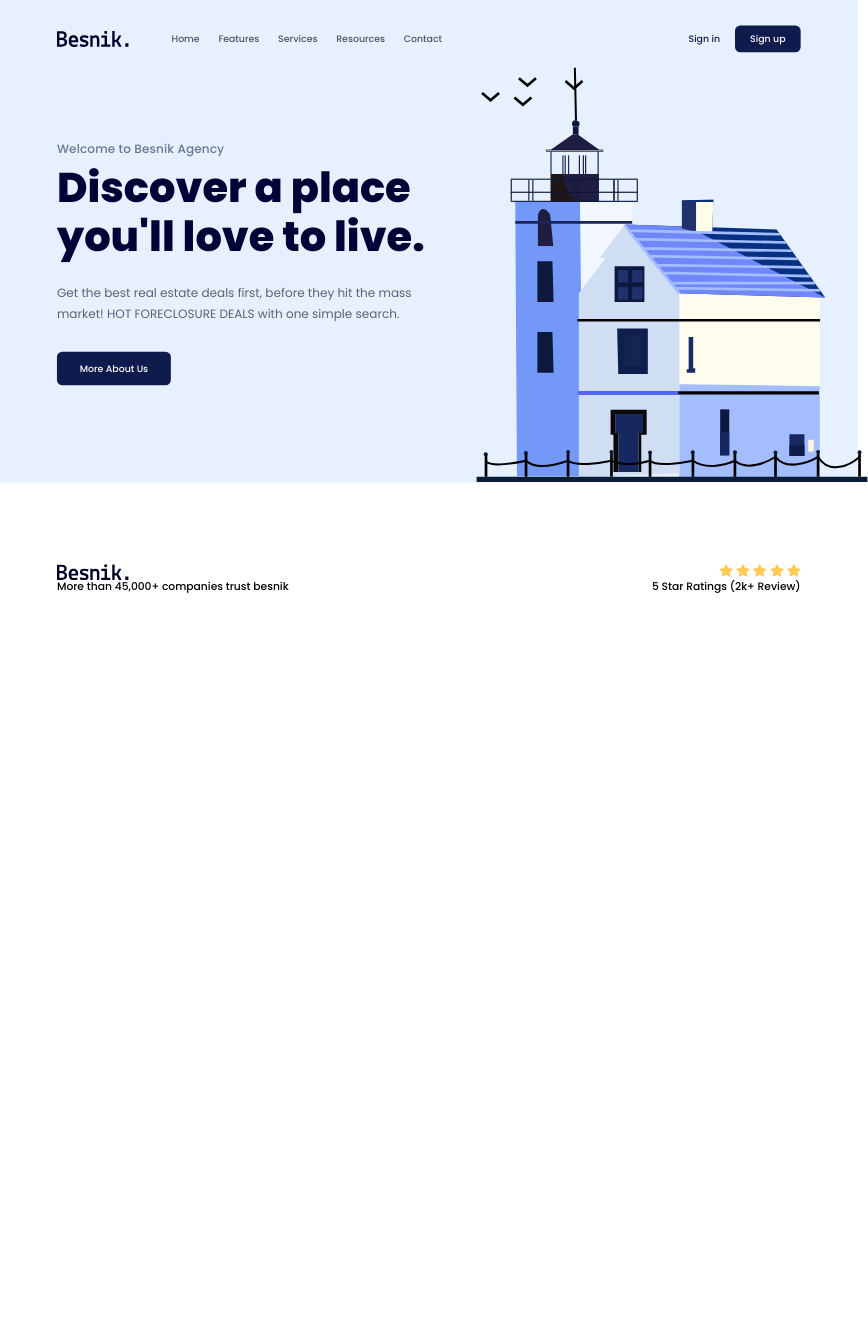
Repository: empty24062002/f8-htmlcss-01
Page: index.html
An editor plug-in stored every save of this project. The page is shown before and after the next save, followed by the edit.
The browser window is 1280 px wide. The page is 1295 px wide, so the pictures cover 1295 px, including what lies to the right of the window. The pictures show the whole page, at 67% of full size.

Above is the page before, as saved 2023-07-11 19:51:30.

### index.html
<!DOCTYPE html>
<html lang="en">
    <head>
        <meta charset="UTF-8" />
        <meta name="viewport" content="width=device-width, initial-scale=1.0" />
        <title>F8 PROJECT 01</title>
        <link rel="stylesheet" href="./assets/css/reset.css" />
        <link rel="stylesheet" href="./assets/fonts/stylesheet.css" />
        <link rel="stylesheet" href="./assets/css/styles.css" />
    </head>
    <body>
        <main style="height: 2000px">
            <!-- Header -->
            <header class="header">
                <div class="content">
                    <nav class="navbar">
                        <!-- Logo -->
                        <img src="./assets/img/Logo.svg" alt="Besnik." />
                        <!-- Navigation -->
                        <ul>
                            <li><a href="#!">Home</a></li>
                            <li><a href="#!">Features</a></li>
                            <li><a href="#!">Services</a></li>
                            <li><a href="#!">Resources</a></li>
                            <li><a href="#!">Contact</a></li>
                        </ul>
                        <!-- Action -->
                        <div class="actions">
                            <a href="#!" class="action-link">Sign in</a>
                            <a href="#!" class="btn action-btn">Sign up</a>
                        </div>
                    </nav>

                    <div class="hero">
                        <div class="info">
                            <p class="sub-title">Welcome to Besnik Agency</p>
                            <h1 class="title">
                                Discover a place you'll love to live.
                            </h1>
                            <p class="desc">
                                Get the best real estate deals first, before
                                they hit the mass market! HOT FORECLOSURE DEALS
                                with one simple search.
                            </p>
                            <!-- cta: call to action -->
                            <a href="#!" class="btn hero-cta">More About Us</a>
                        </div>

                        <img
                            src="./assets/img/hero-img.svg"
                            alt="Discover a place you'll love to live."
                            class="hero-img"
                        />
                    </div>
                </div>
            </header>

            <!-- Clients -->
            <div class="clients">
                <div class="content">
                    <div class="row">
                        <!-- Logo -->
                        <img src="./assets/img/Logo.svg" alt="Besnik" />

                        <!-- Stars -->
                        <div class="stars">
                            <img src="./assets/img/star.svg" alt="star" />
                            <img src="./assets/img/star.svg" alt="star" />
                            <img src="./assets/img/star.svg" alt="star" />
                            <img src="./assets/img/star.svg" alt="star" />
                            <img src="./assets/img/star.svg" alt="star" />
                        </div>
                    </div>

                    <div class="row">
                        <p class="desc">
                            More than 45,000+ companies trust besnik
                        </p>
                        <p class="desc">5 Star Ratings (2k+ Review)</p>
                    </div>
                </div>
            </div>
        </main>
    </body>
</html>

### assets/fonts/stylesheet.css
/* =======Poppins======= */
@font-face {
    font-family: "Poppins";
    src: url("Poppins/Poppins-Black.woff2") format("woff2"),
        url("Poppins/Poppins-Black.woff") format("woff");
    font-weight: 900;
    font-style: normal;
    font-display: swap;
}

@font-face {
    font-family: "Poppins";
    src: url("Poppins/Poppins-BlackItalic.woff2") format("woff2"),
        url("Poppins/Poppins-BlackItalic.woff") format("woff");
    font-weight: 900;
    font-style: italic;
    font-display: swap;
}

@font-face {
    font-family: "Poppins";
    src: url("Poppins/Poppins-Bold.woff2") format("woff2"),
        url("Poppins/Poppins-Bold.woff") format("woff");
    font-weight: bold;
    font-style: normal;
    font-display: swap;
}

@font-face {
    font-family: "Poppins";
    src: url("Poppins/Poppins-Light.woff2") format("woff2"),
        url("Poppins/Poppins-Light.woff") format("woff");
    font-weight: 300;
    font-style: normal;
    font-display: swap;
}

@font-face {
    font-family: "Poppins";
    src: url("Poppins/Poppins-ExtraLight.woff2") format("woff2"),
        url("Poppins/Poppins-ExtraLight.woff") format("woff");
    font-weight: 200;
    font-style: normal;
    font-display: swap;
}

@font-face {
    font-family: "Poppins";
    src: url("Poppins/Poppins-ExtraLightItalic.woff2") format("woff2"),
        url("Poppins/Poppins-ExtraLightItalic.woff") format("woff");
    font-weight: 200;
    font-style: italic;
    font-display: swap;
}

@font-face {
    font-family: "Poppins";
    src: url("Poppins/Poppins-ExtraBoldItalic.woff2") format("woff2"),
        url("Poppins/Poppins-ExtraBoldItalic.woff") format("woff");
    font-weight: bold;
    font-style: italic;
    font-display: swap;
}

@font-face {
    font-family: "Poppins";
    src: url("Poppins/Poppins-Italic.woff2") format("woff2"),
        url("Poppins/Poppins-Italic.woff") format("woff");
    font-weight: normal;
    font-style: italic;
    font-display: swap;
}

@font-face {
    font-family: "Poppins";
    src: url("Poppins/Poppins-BoldItalic.woff2") format("woff2"),
        url("Poppins/Poppins-BoldItalic.woff") format("woff");
    font-weight: bold;
    font-style: italic;
    font-display: swap;
}

@font-face {
    font-family: "Poppins";
    src: url("Poppins/Poppins-ExtraBold.woff2") format("woff2"),
        url("Poppins/Poppins-ExtraBold.woff") format("woff");
    font-weight: bold;
    font-style: normal;
    font-display: swap;
}

@font-face {
    font-family: "Poppins";
    src: url("Poppins/Poppins-Regular.woff2") format("woff2"),
        url("Poppins/Poppins-Regular.woff") format("woff");
    font-weight: normal;
    font-style: normal;
    font-display: swap;
}

@font-face {
    font-family: "Poppins";
    src: url("Poppins/Poppins-SemiBold.woff2") format("woff2"),
        url("Poppins/Poppins-SemiBold.woff") format("woff");
    font-weight: 600;
    font-style: normal;
    font-display: swap;
}

@font-face {
    font-family: "Poppins";
    src: url("Poppins/Poppins-ThinItalic.woff2") format("woff2"),
        url("Poppins/Poppins-ThinItalic.woff") format("woff");
    font-weight: 100;
    font-style: italic;
    font-display: swap;
}

@font-face {
    font-family: "Poppins";
    src: url("Poppins/Poppins-Medium.woff2") format("woff2"),
        url("Poppins/Poppins-Medium.woff") format("woff");
    font-weight: 500;
    font-style: normal;
    font-display: swap;
}

@font-face {
    font-family: "Poppins";
    src: url("Poppins/Poppins-Thin.woff2") format("woff2"),
        url("Poppins/Poppins-Thin.woff") format("woff");
    font-weight: 100;
    font-style: normal;
    font-display: swap;
}

@font-face {
    font-family: "Poppins";
    src: url("Poppins/Poppins-SemiBoldItalic.woff2") format("woff2"),
        url("Poppins/Poppins-SemiBoldItalic.woff") format("woff");
    font-weight: 600;
    font-style: italic;
    font-display: swap;
}

@font-face {
    font-family: "Poppins";
    src: url("Poppins/Poppins-MediumItalic.woff2") format("woff2"),
        url("Poppins/Poppins-MediumItalic.woff") format("woff");
    font-weight: 500;
    font-style: italic;
    font-display: swap;
}

@font-face {
    font-family: "Poppins";
    src: url("Poppins/Poppins-LightItalic.woff2") format("woff2"),
        url("Poppins/Poppins-LightItalic.woff") format("woff");
    font-weight: 300;
    font-style: italic;
    font-display: swap;
}

### assets/css/styles.css
* {
    box-sizing: border-box;
}

:root {
    --primary-color: #0f1b4c;
}

html {
    font-size: 62.5%;
}

body {
    font-size: 1.6rem;
    font-family: "Poppins", sans-serif;
}
/* Common */
a {
    text-decoration: none;
}

.content {
    width: 1110px;
    max-width: calc(100% - 48px);
    margin-left: auto;
    margin-right: auto;
}

.btn {
    display: inline-block;
    min-width: 98px;
    padding: 18px 16px;
    border-radius: 8px;
    background: var(--primary-color);
    font-size: 1.4rem;
    font-weight: 500;
    text-align: center;
    color: #fff;
}

.btn:hover {
    opacity: 0.9;
}

/* Header */
.header {
    position: relative;
    background-color: #e6f0ff;
    height: 100vh;
}

.navbar {
    display: flex;
    align-items: center;
    padding-top: 38px;
}

.navbar ul {
    display: flex;
    margin-left: 50px;
}

.navbar ul a {
    font-size: 1.4rem;
    font-weight: 500;
    color: #4f5361;
    padding: 8px 14px;
}

.navbar ul a:hover {
    text-decoration: underline;
}

.navbar .actions {
    margin-left: auto;
}

.navbar .action-link {
    font-size: 1.4rem;
    font-weight: 500;
    color: var(--primary-color);
    margin-right: 18px;
}

.navbar .action-btn {
    padding: 13px 16px;
}

.hero {
    margin-top: 130px;
}

.hero .info {
    width: 51%;
}

.hero .sub-title {
    color: #687690;
    font-size: 1.8rem;
    line-height: 1.5;
    font-weight: 500;
    letter-spacing: 0.01em;
}

.hero .title {
    margin-top: 8px;
    color: #000336;
    font-size: 6.2rem;
    font-weight: 700;
    line-height: 1.19;
}

.hero .desc {
    margin-top: 30px;
    color: #5a6473;
    font-size: 1.8rem;
    font-weight: 400;
    line-height: 1.78;
}

.hero-cta {
    min-width: 170px;
    margin-top: 40px;
}

.hero-img {
    position: absolute;
    right: calc((100vw - 1110px) / 2 - 100px);
    bottom: 0;
}

/* Clients */
.clients {
    margin-top: 122px;
}

.clients .row {
    display: flex;
    justify-content: space-between;
}

.clients .row-desc {
    margin-top: 23px;
}

.clients .desc {
    font-size: 1.6rem;
    font-weight: 500;
    line-height: 20px;
}

Loaded but not shown: assets/css/reset.css (common file)

After the next save:
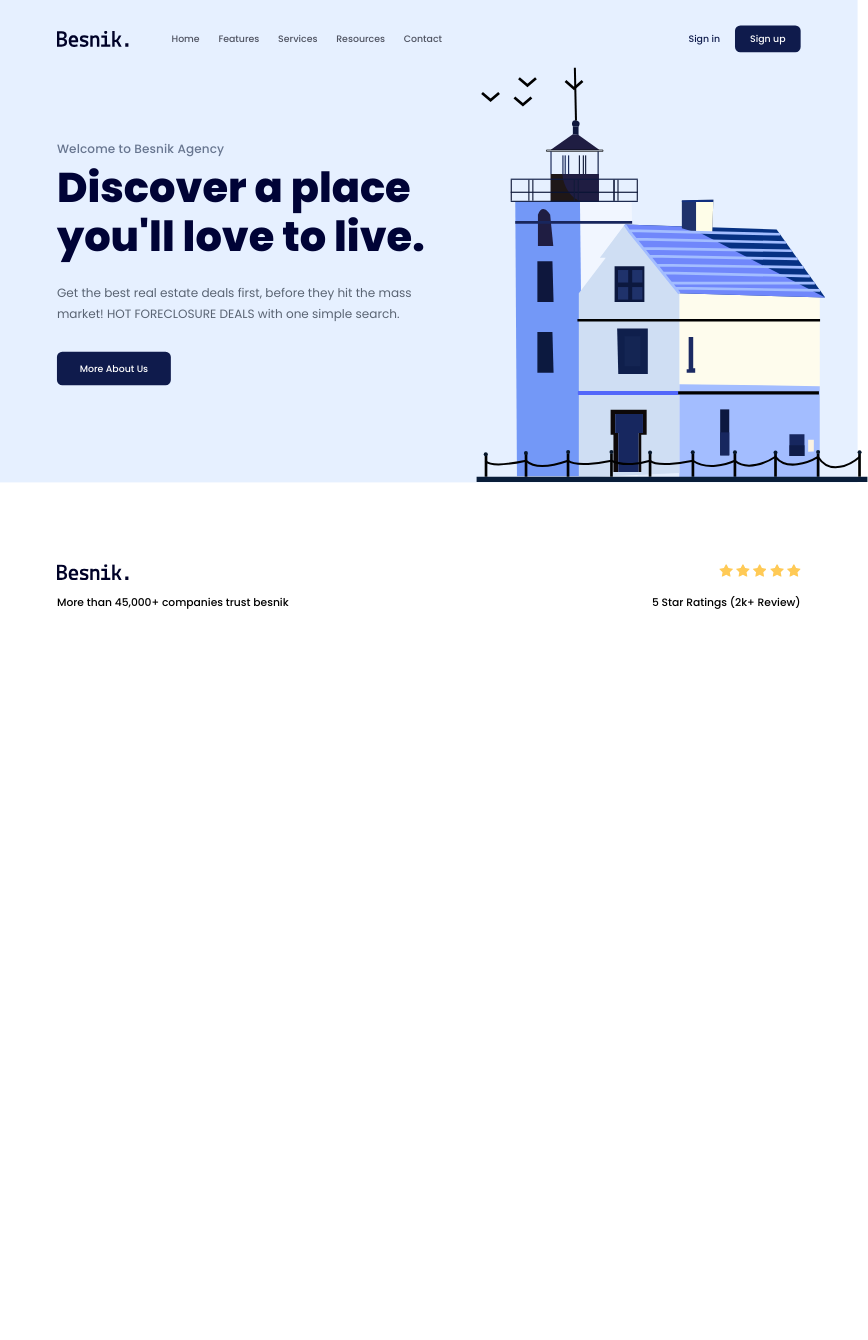
Saved 72 s later.
--- a/index.html
+++ b/index.html
@@ -72,7 +72,7 @@
                         </div>
                     </div>
 
-                    <div class="row">
+                    <div class="row row-desc">
                         <p class="desc">
                             More than 45,000+ companies trust besnik
                         </p>
